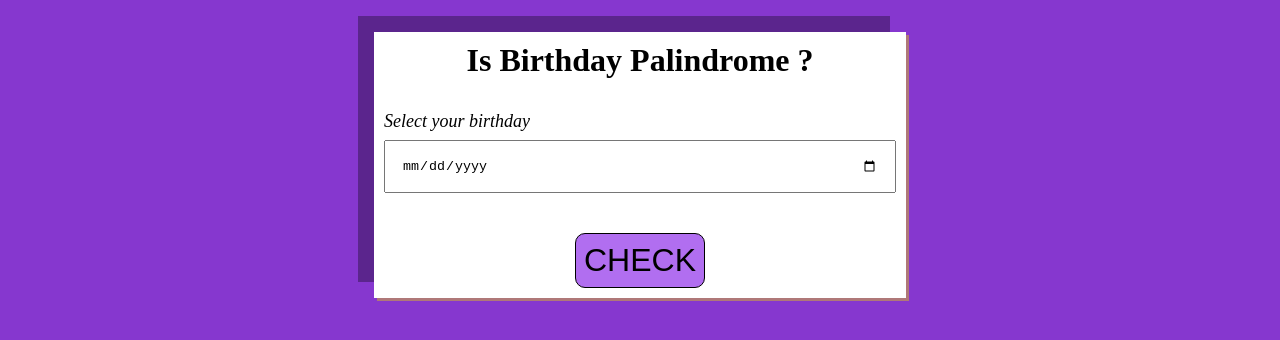
Repository: patelamancode/Palindrome-Birthday
Page: index.html
The author's editor kept a copy of each file at every save. The page is drawn from the files as they stood at one save, then again after the next save.
The browser window is 1280 px wide. The pictures show the whole page.

Above is the page before, as saved 2022-12-02 20:02:04.

### index.html
<!DOCTYPE html>
<html lang="en">
<head>
    <meta charset="UTF-8">
    <meta http-equiv="X-UA-Compatible" content="IE=edge">
    <meta name="viewport" content="width=device-width, initial-scale=1.0">
    <link rel="stylesheet" href="index.css">
    <title>Is Birthday A Palindrome</title>
</head>
<body>
    <div id="main-container">
        <h1>Is Birthday Palindrome ?</h1>
        <label for="birth date">Select your birthday</label>
        <input type="date" id="selected-dob" />
        <button id="check-btn">CHECK</button>
        <h2 id="result-display">Hey Result is here</h2>
    </div>
    <script src="index.js"></script>
</body>
</html>

### index.css
* {
    margin: 0;
    padding: 0;
  }
  body {
    background-color: rgb(134, 55, 207);
  }

  #main-container {
    background-color: white;
    display: flex;
    flex-direction: column;
    width: 40vw;
    margin: auto;
    margin-top: 2rem;
    padding: 10px;
    text-align: center;
    box-shadow: 3px 3px rgb(175, 120, 120), -1em -1em rgba(3, 3, 3, 0.322);
  }

  .app-title {
    margin: 2rem 0;
  }

  label {
    width: auto;
    text-align: left;
    font-style: italic;
    font-size: large;
    margin-top: 2rem;
    margin-bottom: 0.5rem;
  }

  input{
     padding: 1rem;
  }

  button {
    margin: auto;
    margin-top: 2.5rem;
    padding: 0.5rem;
    font-size: 2rem;
    font-weight: 500;
     font-weight: 300;
    border: 1px solid;
    background-color: rgb(177, 110, 240);
    border-radius: 10px;
  }
  #result-display {
    display: none;
    padding-top: 1rem;
    font-style: italic;
    margin: auto;
  }

### index.js
var dob = document.querySelector('#selected-dob');
var checkBtn = document.querySelector('#check-btn');
var result = document.querySelector('#result-display');

function reverseString(str) {
    return str.split("").reverse().join("");
}

function isPalindrome(str) {
    return str === reverseString(str);
}

function dateString(date) {
    var dateStr = {
        day: "",
        month: "",
        year: ""
    };
    if (date.day < 10) dateStr.day = "0" + date.day;
    else dateStr.day = date.day.toString();

    if (date.month < 10) dateStr.month = "0" + date.month;
    else dateStr.month = date.month.toString();

    dateStr.year = date.year.toString();
    return dateStr;
}

function dateAllVariations(date) {
    var ddmmyyyy = date.day + date.month + date.year;
    var mmddyyyy = date.month + date.day + date.year;
    var yyyymmdd = date.year + date.month + date.day;
    var ddmmyy = date.day + date.month + date.year.slice(-2);
    var mmddyy = date.month + date.day + date.year.slice(-2);
    var yymmdd = date.year.slice(-2) + date.month + date.day;

    return [ddmmyyyy, mmddyyyy, yyyymmdd, ddmmyy, mmddyy, yymmdd];
}

function checkPalindromesForAllDateFormats(date) {
    var listOfDates = dateAllVariations(date);
    var flag = false;

    for (let i = 0; i < listOfDates.length; i++)
        if (isPalindrome(listOfDates[i])) {
            flag = true;
            break;
        }
    return flag;
}

function isLeapYear(year) {
    if ((year % 4 === 0 && year % 100 !== 0) || year % 400 === 0) return true;
    return false;
}

function getNextDate(date) {
    var daysInMonths = [31, 28, 31, 30, 31, 30, 31, 31, 30, 31, 30, 31];

    var day = date.day + 1;
    var month = date.month;
    var year = date.year;

    if (month === 2)
        if (isLeapYear(year)) {
            if (day > 29) {
                day = 1;
                month = 3;
            }
        } else {
            if (day > 28) {
                day = 1;
                month = 3;
            }
        }
    else {
        if (day > daysInMonths[month - 1]) {
            day = 1;
            month++;
        }
    }

    if (month > 12) {
        day = 1;
        month = 1;
        year++;
    }
    return {
        day: day,
        month: month,
        year: year,
    };
}

function getPreviousDate(date) {
    var daysInMonths = [31, 28, 31, 30, 31, 30, 31, 31, 30, 31, 30, 31];

    var day = date.day - 1;
    var month = date.month;
    var year = date.year;

    if (month === 3)
        if (isLeapYear(year)) {
            if (day === 0) {
                day = 29;
                month = 2;
            }
        } else {
            if (day === 0) {
                day = 28;
                month = 2;
            }
        }
    else {
        if (day === 0) {
            month--;
            day = daysInMonths[month - 1];
        }
    }

    if (month === 0) {
        day = 31;
        month = 12;
        year--;
    }
    return {
        day: day,
        month: month,
        year: year,
    };
}

function getNextPalindrome(date) {
    var count = 0;
    var nextDate = getNextDate(date);

    while (1) {
        count++;
        var dateStr = dateString(nextDate);
        if (checkPalindromesForAllDateFormats(dateStr)) break;
        nextDate = getNextDate(nextDate);
    }
    return [count, nextDate];
}

function getLastPalindrome(date) {
    var count = 0;
    var previousDate = getPreviousDate(date);

    while (1) {
        count++;
        var dateStr = dateString(previousDate);
        if (checkPalindromesForAllDateFormats(dateStr)) break;
        previousDate = getPreviousDate(previousDate);
    }
    return [count, previousDate];
}

function forNearestPalindromeDate(date) {
    let dateInputValue = dob.value;
    let dateValue = dateInputValue.split('-');
    var date = {
        day: Number(dateValue[2]),
        month: Number(dateValue[1]),
        year: Number(dateValue[0])
    }

    let dateAsStr = dateString(date);
    let birthdayCheck = checkPalindromesForAllDateFormats(dateAsStr);

    if (birthdayCheck) {
        result.style.display = "flex";
        result.innerText = "Yoo !! Birthday is Palindrome.. Let's Party hard 🎉🎉";
    } else {
        let nextPalindromeDate = getNextPalindrome(date);
        let lastPalindromeDate = getLastPalindrome(date);

        let nextDays = nextPalindromeDate[0];
        let nextStrDate = dateString(nextPalindromeDate[1]);

        let lastDays = lastPalindromeDate[0];
        let lastStrDate = dateString(lastPalindromeDate[1]);

        // console.log(nextStrDate, lastStrDate);

        if(nextDays < lastDays){
            result.style.display = "flex";
            result.innerText = `Opps !! your are lagging with ${nextDays} days, and the next palindrome date is ${(nextStrDate.day)}/${(nextStrDate.month)}/${(nextStrDate.year)}, So please go and complain your parents 🤪`;
        }
        else{
            result.style.display = "flex";
            result.innerText = `Opps !! your are leading with ${lastDays} days, and the previous palindrome date is ${(lastStrDate.day)}/${(lastStrDate.month)}/${(lastStrDate.year)}, So please go and complain your parents 🤪`;
        }
    }

}

checkBtn.addEventListener('click', forNearestPalindromeDate);

After the next save:
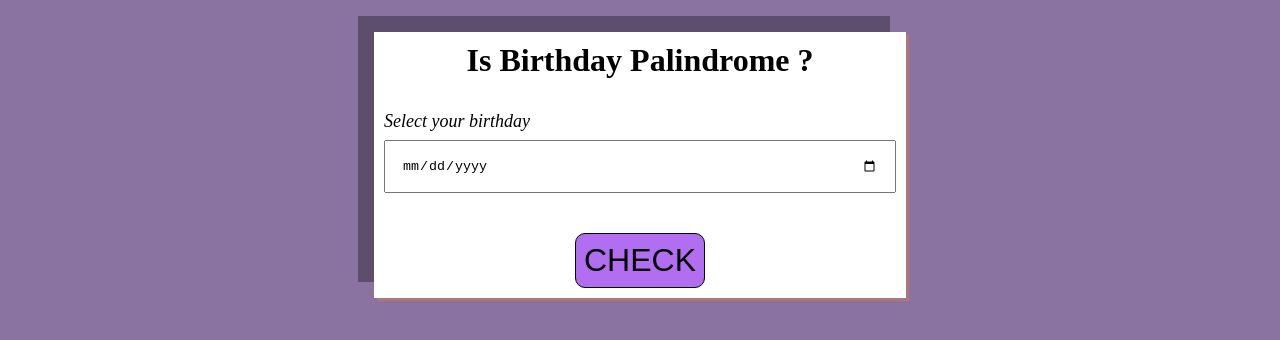
Saved 12 s later.
--- a/index.css
+++ b/index.css
@@ -3,7 +3,7 @@
     padding: 0;
   }
   body {
-    background-color: rgb(134, 55, 207);
+    background-color: rgb(138, 115, 160);
   }
 
   #main-container {

After the save that followed:
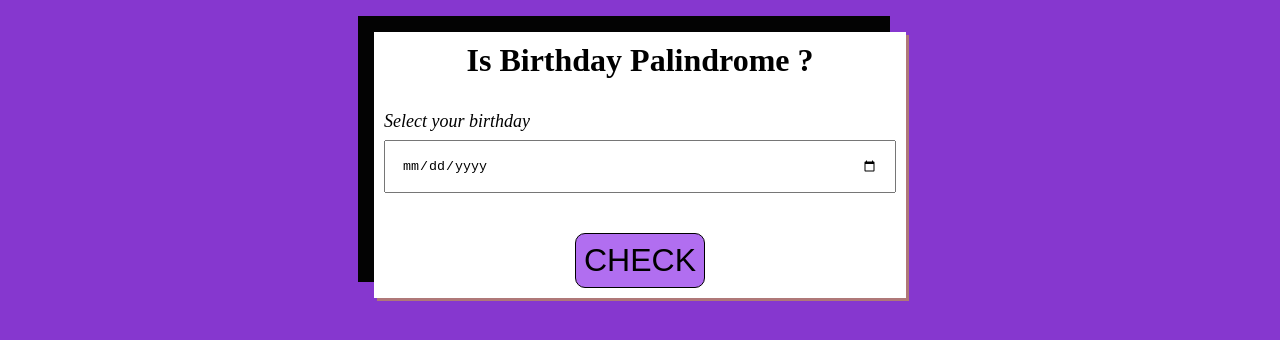
Saved 7 s later.
--- a/index.css
+++ b/index.css
@@ -3,7 +3,7 @@
     padding: 0;
   }
   body {
-    background-color: rgb(138, 115, 160);
+    background-color: rgb(134, 55, 207);
   }
 
   #main-container {
@@ -15,7 +15,7 @@
     margin-top: 2rem;
     padding: 10px;
     text-align: center;
-    box-shadow: 3px 3px rgb(175, 120, 120), -1em -1em rgba(3, 3, 3, 0.322);
+    box-shadow: 3px 3px rgb(175, 120, 120), -1em -1em rgb(3, 3, 3);
   }
 
   .app-title {
